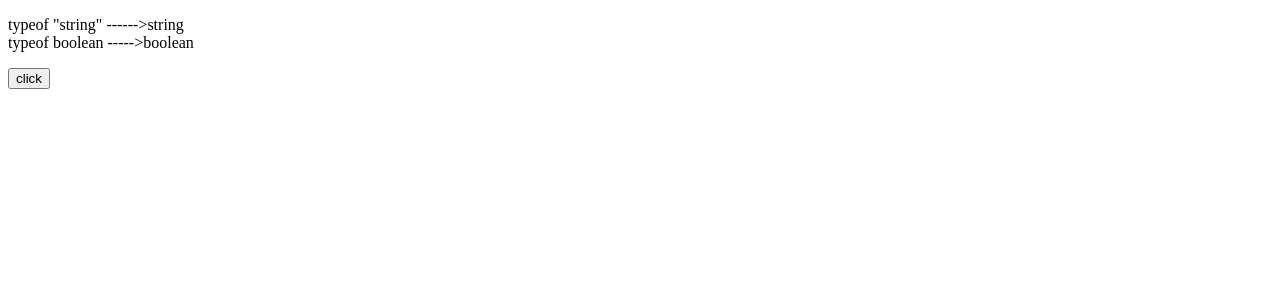
Repository: SlimShadyBaby/study-vue
Page: code/003-JavaScript/1-数据类型/structure.html
An editor plug-in stored every save of this project. The page is shown before and after the next save, followed by the edit.
The browser window is 1280 px wide. The pictures show the whole page.
After loading, the first visible `input` was clicked once.

Above is the page before, as saved 2021-09-07 20:37:48.

After the next save:
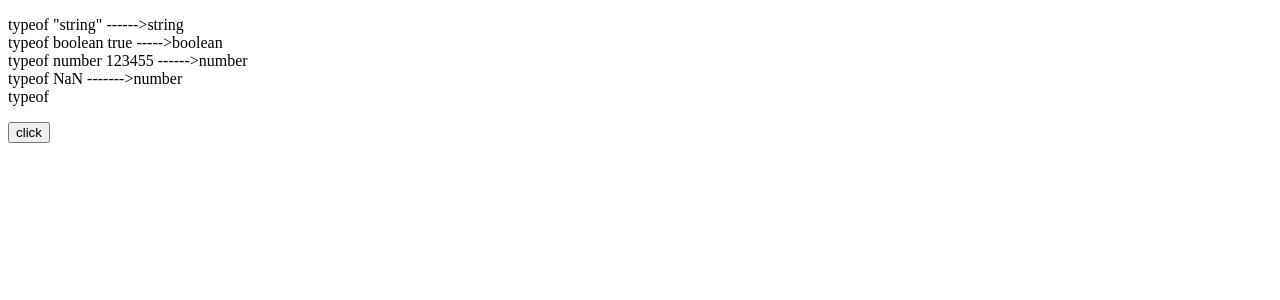
Saved 102 s later.
--- a/code/003-JavaScript/1-数据类型/structure.html
+++ b/code/003-JavaScript/1-数据类型/structure.html
@@ -9,7 +9,10 @@
         function getTypeOf() {
             document.getElementById("p").innerHTML=
             "typeof \"string\" ------>" + typeof "string" + "<br>" +
-            "typeof boolean ----->" + typeof true + "<br>"
+            "typeof boolean true ----->" + typeof true + "<br>" +
+            "typeof number 123455 ------>" + typeof 123455 + "<br>" +
+            "typeof NaN ------->" + typeof NaN + "<br>" +
+            "typeof "
         }
 
     </script>
